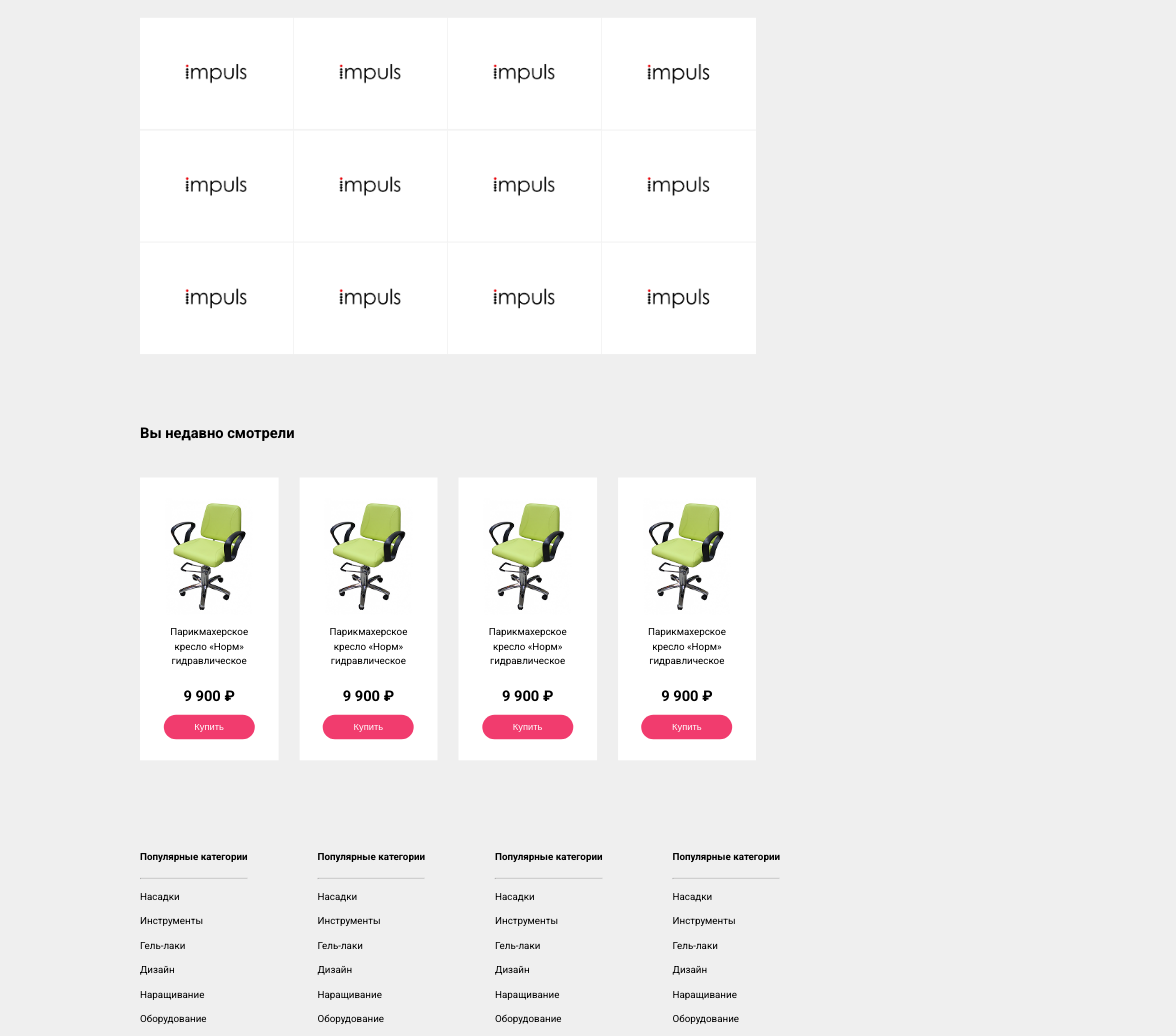
Repository: savannaaaas/verstka
Page: index.html
An editor plug-in stored every save of this project. The page is shown before and after the next save, followed by the edit.
The browser window is 1280 px wide. The page is 1680 px wide, so the pictures cover 1680 px, including what lies to the right of the window. The pictures show the part of the page from y = 1753 to 3233 px (the page is 3233 px tall), at 70% of full size.
Some web fonts or font styles are not loaded; a fallback is used.

Above is the page before, as saved 2025-04-16 22:38:12.

After the next save:
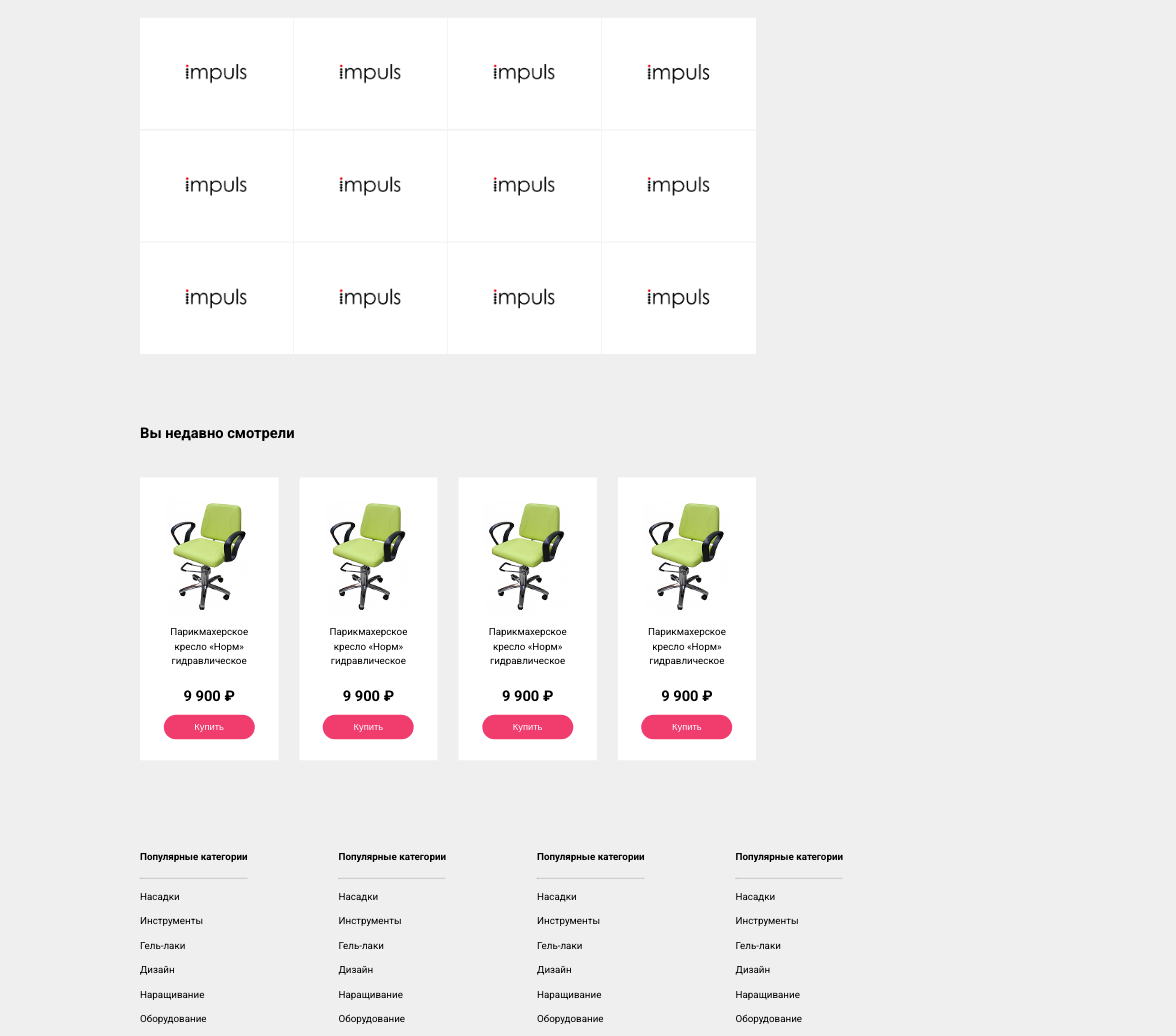
Saved 10 s later.
--- a/style.css
+++ b/style.css
@@ -275,7 +275,7 @@
       .footer-categories{
         display: flex;
         flex-direction: row;
-        gap: 100px;
+        gap: 130px;
         padding: 0 200px;
         width: 100%;
       }
